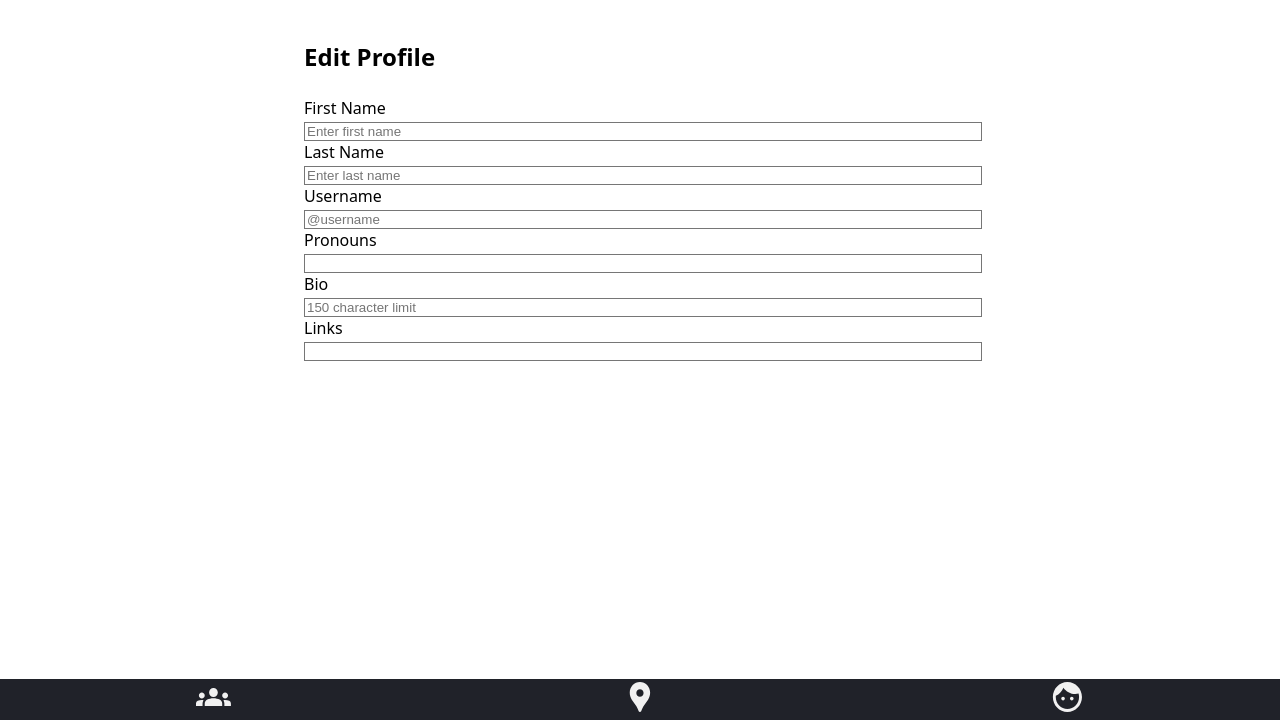
Repository: amolwalia/LocaLens-App
Page: /profile
An editor plug-in stored every save of this project. The page is shown before and after the next save, followed by the edit.
The browser window is 1280 px wide. The pictures show the whole page.
The project was rebuilt for these pictures with package versions that can differ from the ones it lists, and the page was loaded fresh each time. The framework's server and built-in components were replaced by stand-ins that run in the browser. Also part of the build but not shown: next.config.mjs.

Above is the page before, as saved 2025-05-22 23:47:02.

### app/profile/page.jsx
"use client";

import { useState } from "react";
import NavBar from "@/components/NavBar";
import Input from "@/components/Input/Input";

export default function ProfilePage() {
  const [formData, setFormData] = useState({
    firstName: "Samuel L.",
    lastName: "Jackson",
    username: "@jackson.jpeg",
    pronouns: "He/Him",
    bio: "I take pictures because I like to. Follow me and my journey",
    links: "https://shorturl.at/xvcix",
  });

  const handleChange = (event) => {
    const { id, value } = event.target;
    setFormData((prev) => ({ ...prev, [id]: value }));
  };

  const handleSubmit = async (event) => {
    event.preventDefault();
    try {
      await new Promise((resolve) => setTimeout(resolve, 1000));
      alert("Profile saved successfully!");
    } catch (error) {
      console.error("Error saving profile:", error);
      alert("Failed to save profile");
    }
  };

  return (
    <div className="profileFormContainer">
      <NavBar />
      <h1 className="profileHeading">Edit Profile</h1>
      <form onSubmit={handleSubmit}>
        <div className="inputSpaces">
          <Input
            label="First Name"
            id="firstName"
            type="text"
            value={formData.firstName}
            onChange={handleChange}
            placeholder="Enter first name"
          />
          <Input
            label="Last Name"
            id="lastName"
            type="text"
            value={formData.lastName}
            onChange={handleChange}
            placeholder="Enter last name"
          />
          <Input
            label="Username"
            id="username"
            type="text"
            value={formData.username}
            onChange={handleChange}
            placeholder="@username"
          />
          <Input
            label="Pronouns"
            id="pronouns"
            type="text"
            value={formData.pronouns}
            onChange={handleChange}
          />
          <Input
            label="Bio"
            id="bio"
            type="text"
            value={formData.bio}
            onChange={handleChange}
            placeholder="150 character limit"
          />
          <Input
            label="Links"
            id="links"
            type="text"
            value={formData.links}
            onChange={handleChange}
          />
        </div>
      </form>
    </div>
  );
}

### app/globals.css
/* File: styles/globals.css */

@import url("https://fonts.googleapis.com/css2?family=Noto+Sans:wght@400;600;700&display=swap");

@tailwind base;
@tailwind components;
@tailwind utilities;

@layer base {
  html {
    font-family: "Noto Sans", sans-serif;
  }
}

.profileFormContainer {
  max-width: 672px;
  margin: 0 auto;
  padding: 16px;
}

.profileHeading {
  font-size: 24px;
  font-weight: bold;
  margin-bottom: 24px;
}

.saveButton {
  background-color: #d76a17;
  color: #ffffff;
  padding: 10px 20px;
  border: none;
  border-radius: 6px;
  font-size: 16px;
  font-weight: 600;
  cursor: auto;
  transition: ease-in-out;
}

### components/NavBar.jsx
"use client";

import React from "react";
import Link from "next/link";

export default function NavBar() {
  return (
    <nav className="fixed bottom-[0] left-[0] w-full z-50 bg-[#202229] text-white flex justify-around items-center h-16 shadow-md">
      <Link
        href="/home"
        className="flex flex-col items-center text-sm text-gray-700"
      >
        <span className="text-xl">
          <svg
            xmlns="http://www.w3.org/2000/svg"
            width="35"
            height="18"
            viewBox="0 0 35 18"
            fill="none"
          >
            <path
              d="M17.4627 10.125C19.8347 10.125 21.9302 10.71 23.6328 11.475C25.2045 12.195 26.194 13.815 26.194 15.57V18H8.73134V15.585C8.73134 13.815 9.7209 12.195 11.2925 11.49C12.9951 10.71 15.0907 10.125 17.4627 10.125ZM5.8209 10.5C7.42164 10.5 8.73134 9.15 8.73134 7.5C8.73134 5.85 7.42164 4.5 5.8209 4.5C4.22015 4.5 2.91045 5.85 2.91045 7.5C2.91045 9.15 4.22015 10.5 5.8209 10.5ZM7.4653 12.15C6.92687 12.06 6.38843 12 5.8209 12C4.38022 12 3.01231 12.315 1.77537 12.87C0.698508 13.35 0 14.43 0 15.645V18H6.54851V15.585C6.54851 14.34 6.88321 13.17 7.4653 12.15ZM29.1045 10.5C30.7052 10.5 32.0149 9.15 32.0149 7.5C32.0149 5.85 30.7052 4.5 29.1045 4.5C27.5037 4.5 26.194 5.85 26.194 7.5C26.194 9.15 27.5037 10.5 29.1045 10.5ZM34.9254 15.645C34.9254 14.43 34.2269 13.35 33.15 12.87C31.9131 12.315 30.5452 12 29.1045 12C28.5369 12 27.9985 12.06 27.4601 12.15C28.0422 13.17 28.3769 14.34 28.3769 15.585V18H34.9254V15.645ZM17.4627 0C19.8784 0 21.8284 2.01 21.8284 4.5C21.8284 6.99 19.8784 9 17.4627 9C15.047 9 13.097 6.99 13.097 4.5C13.097 2.01 15.047 0 17.4627 0Z"
              fill="#F1F1F1"
            />
          </svg>
        </span>
      </Link>
      <Link
        href="/post"
        className="flex flex-col items-center text-sm text-gray-700"
      >
        <span className="text-xl">
          <svg
            xmlns="http://www.w3.org/2000/svg"
            width="36"
            height="36"
            viewBox="0 0 36 36"
            fill="none"
          >
            <g clipPath="url(#clip0_201_1439)">
              <path
                d="M17.9403 3C12.3086 3 7.75372 7.695 7.75372 13.5C7.75372 16.11 8.48133 18.555 9.80559 20.76C11.1881 23.07 13.0071 25.05 14.4041 27.36C15.0881 28.485 15.5828 29.535 16.1067 30.75C16.4851 31.575 16.7907 33 17.9403 33C19.0899 33 19.3955 31.575 19.7593 30.75C20.2978 29.535 20.778 28.485 21.4619 27.36C22.8589 25.065 24.678 23.085 26.0604 20.76C27.3992 18.555 28.1269 16.11 28.1269 13.5C28.1269 7.695 23.572 3 17.9403 3ZM17.9403 17.625C15.9321 17.625 14.3022 15.945 14.3022 13.875C14.3022 11.805 15.9321 10.125 17.9403 10.125C19.9485 10.125 21.5784 11.805 21.5784 13.875C21.5784 15.945 19.9485 17.625 17.9403 17.625Z"
                fill="#F1F1F1"
              />
            </g>
            <defs>
              <clipPath id="clip0_201_1439">
                <rect
                  width="34.9254"
                  height="36"
                  fill="white"
                  transform="translate(0.4776)"
                />
              </clipPath>
            </defs>
          </svg>
        </span>
      </Link>
      <Link
        href="/profile"
        className="flex flex-col items-center text-sm text-gray-700"
      >
        <span className="text-xl">
          <svg
            xmlns="http://www.w3.org/2000/svg"
            width="36"
            height="36"
            viewBox="0 0 36 36"
            fill="none"
          >
            <g clipPath="url(#clip0_201_1441)">
              <path
                d="M14.0522 17.625C13.0481 17.625 12.2332 18.465 12.2332 19.5C12.2332 20.535 13.0481 21.375 14.0522 21.375C15.0563 21.375 15.8712 20.535 15.8712 19.5C15.8712 18.465 15.0563 17.625 14.0522 17.625ZM22.7836 17.625C21.7795 17.625 20.9645 18.465 20.9645 19.5C20.9645 20.535 21.7795 21.375 22.7836 21.375C23.7877 21.375 24.6026 20.535 24.6026 19.5C24.6026 18.465 23.7877 17.625 22.7836 17.625ZM18.4179 3C10.385 3 3.86565 9.72 3.86565 18C3.86565 26.28 10.385 33 18.4179 33C26.4507 33 32.9701 26.28 32.9701 18C32.9701 9.72 26.4507 3 18.4179 3ZM18.4179 30C12.0003 30 6.77609 24.615 6.77609 18C6.77609 17.565 6.8052 17.13 6.84886 16.71C10.2832 15.135 13.0045 12.24 14.4306 8.655C17.0645 12.495 21.4011 15 26.3052 15C27.4403 15 28.5317 14.865 29.5795 14.61C29.885 15.675 30.0597 16.815 30.0597 18C30.0597 24.615 24.8354 30 18.4179 30Z"
                fill="#F1F1F1"
              />
            </g>
            <defs>
              <clipPath id="clip0_201_1441">
                <rect
                  width="34.9254"
                  height="36"
                  fill="white"
                  transform="translate(0.9552)"
                />
              </clipPath>
            </defs>
          </svg>
        </span>
      </Link>
    </nav>
  );
}

### components/Input/Input.jsx
export default function Input({ label, id, type, placeholder }) {
  return (
    <>
      <label className="text-sm text-black mb-1" htmlFor={id}>
        {label}
      </label>
      <input
        id={id}
        type={type}
        label={label}
        placeholder={placeholder}
        className="w-full px-4 py-2 border border-gray-400 rounded-md mb-4"
      />
    </>
  );
}

Loaded but not shown: app/layout.js (common file)

After the next save:
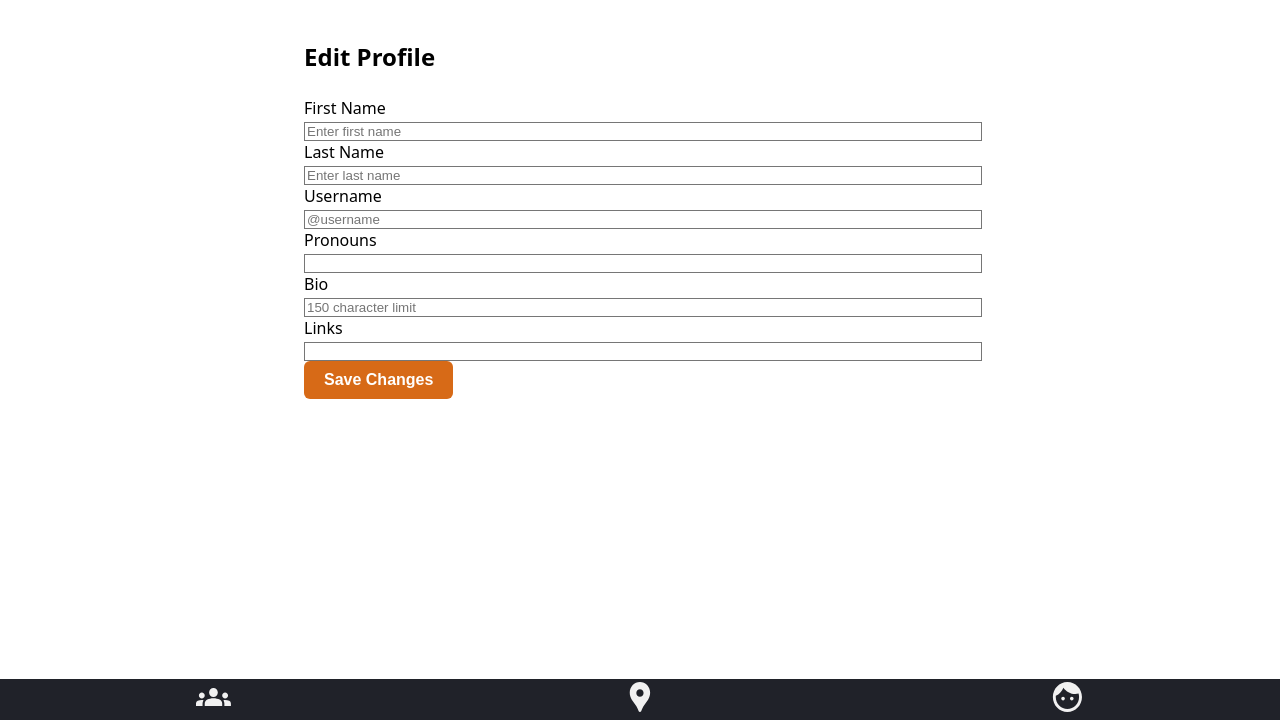
Saved 84 s later.
--- a/app/profile/page.jsx
+++ b/app/profile/page.jsx
@@ -83,6 +83,9 @@ export default function ProfilePage() {
             onChange={handleChange}
           />
         </div>
+        <button type="submit" className="saveButton">
+          Save Changes
+        </button>
       </form>
     </div>
   );
